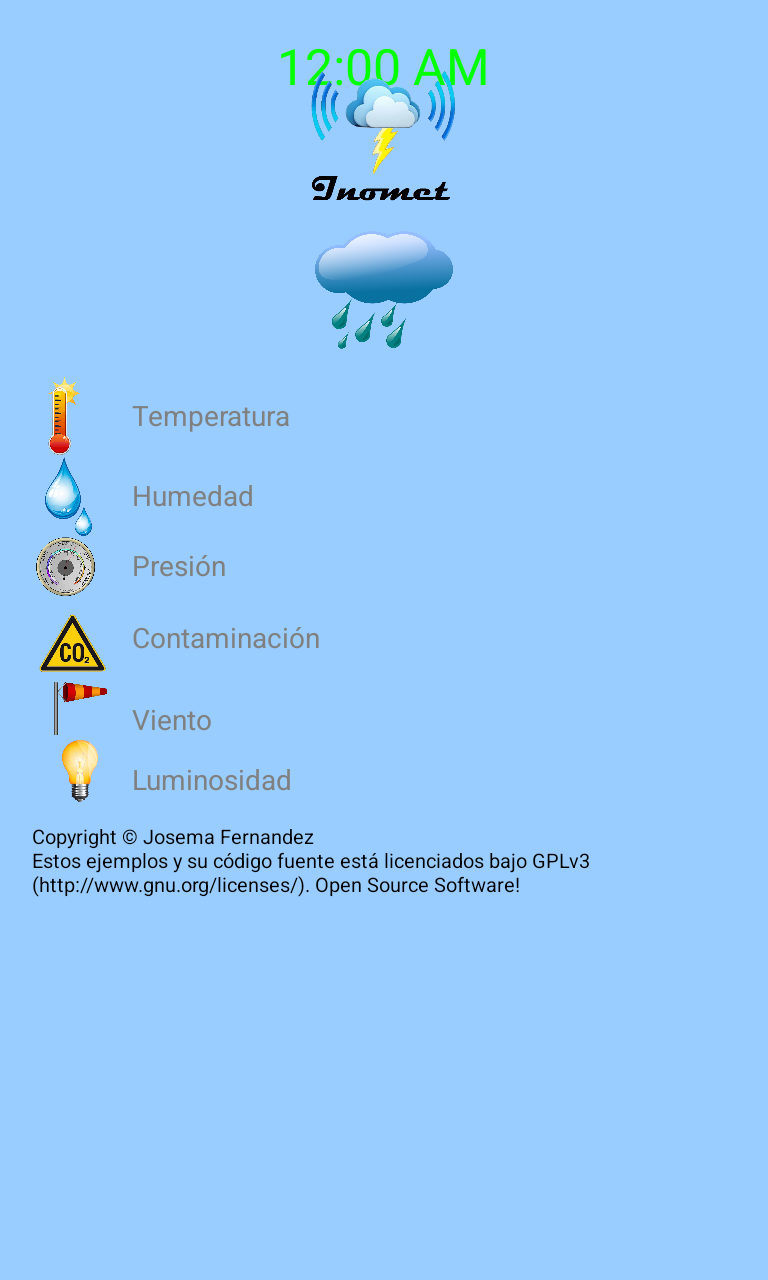
Repository: poxtius/android
Layout: Inomet/res/layout/activity_inomet.xml
An editor plug-in stored every save of this project. The layout is shown before and after the next save, followed by the edit.
It is drawn on a 768 x 1280 px phone screen (xhdpi) without system bars, with theme AppTheme; the app's code is not run.

Above is the layout before, as saved 2014-02-27 21:29:08.

### Inomet/res/layout/activity_inomet.xml
<ScrollView xmlns:android="http://schemas.android.com/apk/res/android"
  xmlns:tools="http://schemas.android.com/tools"
  android:orientation="vertical"
  android:background="#99CCFF"
  android:layout_width="wrap_content"
  android:layout_height="fill_parent">

<RelativeLayout
    android:layout_width="match_parent"
    android:layout_height="wrap_content"
    android:paddingBottom="@dimen/activity_vertical_margin"
    android:paddingLeft="@dimen/activity_horizontal_margin"
    android:paddingRight="@dimen/activity_horizontal_margin"
    android:paddingTop="@dimen/activity_vertical_margin"
    tools:context=".Inomet" >

    <DigitalClock
        android:id="@+id/relojDigital"
        android:layout_width="wrap_content"
        android:layout_height="wrap_content"
        android:layout_centerHorizontal="true"
        android:textSize="25sp"
        android:textColor="#ff00ff00"
        android:layout_alignParentTop="true"/>

    <LinearLayout
        android:layout_width="match_parent"
        android:layout_height="match_parent"
        android:layout_marginTop="30dp"
        android:layout_alignParentLeft="true"
        android:layout_centerVertical="true"
        android:orientation="vertical"
        tools:ignore="UselessParent" >

        <ImageView
            android:id="@+id/logoInomet"
            android:layout_width="104dp"
            android:layout_height="71dp"
            android:layout_gravity="center"
            android:layout_marginBottom="10dp"
            android:contentDescription="@string/logoInomet"
            android:src="@drawable/logo" />

        <ImageView
            android:id="@+id/lluviaInomet"
            android:layout_width="69dp"
            android:layout_height="66dp"
            android:layout_gravity="center"
            android:layout_marginBottom="10dp"
            android:contentDescription="@string/lluviaInomet"
            android:src="@drawable/lluvia" />

        <LinearLayout
            android:layout_width="match_parent"
            android:layout_height="wrap_content"
            android:orientation="horizontal"
            tools:ignore="UseCompoundDrawables" >

            <ImageView
                android:id="@+id/tempeInomet"
                android:layout_width="32dp"
                android:layout_height="40dp"
                android:layout_marginRight="18dp"
                android:contentDescription="@string/tempeInomet"
                android:src="@drawable/tempe" />

            <TextView
                android:id="@+id/tempeText"
                android:layout_width="match_parent"
                android:layout_height="wrap_content"
                android:paddingTop="10dp"
                android:hint="@string/tempeInomet" />

        </LinearLayout>

        <LinearLayout
            android:layout_width="match_parent"
            android:layout_height="wrap_content"
            tools:ignore="UseCompoundDrawables" >

            <ImageView
                android:id="@+id/humedadInomet"
                android:layout_width="36dp"
                android:layout_height="40dp"
                android:layout_marginRight="14dp"
                android:contentDescription="@string/humedadInomet"
                android:src="@drawable/humedad" />

            <TextView
                android:id="@+id/humedadText"
                android:layout_width="match_parent"
                android:layout_height="wrap_content"
                android:layout_weight="1"
                android:hint="@string/humedadInomet"
                android:paddingTop="10dp"
                tools:ignore="InefficientWeight" />

        </LinearLayout>

        <LinearLayout
            android:layout_width="match_parent"
            android:layout_height="wrap_content"
            tools:ignore="UseCompoundDrawables" >

            <ImageView
                android:id="@+id/presionInomet"
                android:layout_width="34dp"
                android:layout_height="31dp"
                android:layout_marginRight="16dp"
                android:contentDescription="@string/presionInomet"
                android:src="@drawable/presion" />

            <TextView
                android:id="@+id/presionText"
                android:layout_width="match_parent"
                android:layout_height="wrap_content"
                android:layout_weight="0.75"
                android:ems="10"
                android:hint="@string/presionInomet"
                android:paddingTop="5dp"
                tools:ignore="InefficientWeight" >

            </TextView>

        </LinearLayout>

        <LinearLayout
            android:layout_width="match_parent"
            android:layout_height="wrap_content"
            tools:ignore="UseCompoundDrawables" >

            <ImageView
                android:id="@+id/contaInomet"
                android:layout_width="41dp"
                android:layout_height="41dp"
                android:layout_marginRight="9dp"
                android:paddingTop="5dp"
                android:contentDescription="@string/contaInomet"
                android:src="@drawable/contaminacion" />

            <TextView
                android:id="@+id/contaminacionText"
                android:layout_width="fill_parent"
                android:layout_height="wrap_content"
                android:paddingTop="10dp"
                android:hint="@string/contaInomet" />
        </LinearLayout>

        <LinearLayout
            android:layout_width="match_parent"
            android:layout_height="wrap_content"
            tools:ignore="UseCompoundDrawables" >

            <ImageView
                android:id="@+id/vientoInomet"
                android:layout_width="48dp"
                android:layout_height="30dp"
                android:layout_marginRight="2dp"
                android:contentDescription="@string/vientoInomet"
                android:src="@drawable/viento" />

            <TextView
                android:id="@+id/vientoText"
                android:layout_width="fill_parent"
                android:layout_height="wrap_content"
                android:paddingTop="10dp"
                android:hint="@string/vientoInomet" />

        </LinearLayout>

         <LinearLayout
             android:layout_width="match_parent"
             android:layout_height="wrap_content"
             tools:ignore="UseCompoundDrawables" >

            <ImageView
                android:id="@+id/luminosidadInomet"
                android:layout_width="48dp"
                android:layout_height="31dp"
                android:layout_marginRight="2dp"
                android:contentDescription="@string/luminosidadInomet"
                android:src="@drawable/luminosidad" />

            <TextView
                android:id="@+id/luminosidadText"
                android:layout_width="fill_parent"
                android:layout_height="wrap_content"
                android:paddingTop="10dp"
                android:hint="@string/luminosidadInomet" />

        </LinearLayout>

    <TextView
        android:layout_width="wrap_content"
        android:layout_height="wrap_content"
        android:layout_alignParentBottom="true"
        android:layout_marginTop="10dp"
        android:text="@string/license"
        android:textColor="#000000"
        android:textSize="10dip"
        tools:ignore="ObsoleteLayoutParam,SpUsage" />

    </LinearLayout>


</RelativeLayout>



</ScrollView>

### Inomet/res/values/strings.xml
<?xml version="1.0" encoding="utf-8"?>
<resources>

    <string name="app_name">Inomet</string>
    <string name="action_settings">Settings</string>
    <string name="logoInomet">Inomet</string>
    <string name="lluviaInomet">Llueve?</string>
    <string name="tempeInomet">Temperatura</string>
    <string name="humedadInomet">Humedad</string>
    <string name="presionInomet">Presión</string>
    <string name="contaInomet">Contaminación</string>
	<string name="vientoInomet">Viento</string>
	<string name="luminosidadInomet">Luminosidad</string>
	<string name="direccionEstacion">Dirección de la Estación Metereologica</string>
	<string name="direccionWeb">10.123.5.43</string>
	<string name="dirOKestacion">OK</string>

	<string name="license">Copyright &#169; Josema Fernandez\nEstos ejemplos y su código fuente está licenciados bajo GPLv3 (http://www.gnu.org/licenses/). Open Source Software!</string>

</resources>

Loaded but not shown: Inomet/res/values/styles.xml (common file); Inomet/res/values-v11/styles.xml (common file); Inomet/res/values-v14/styles.xml (common file); Inomet/res/values/dimens.xml (common file)

After the next save:
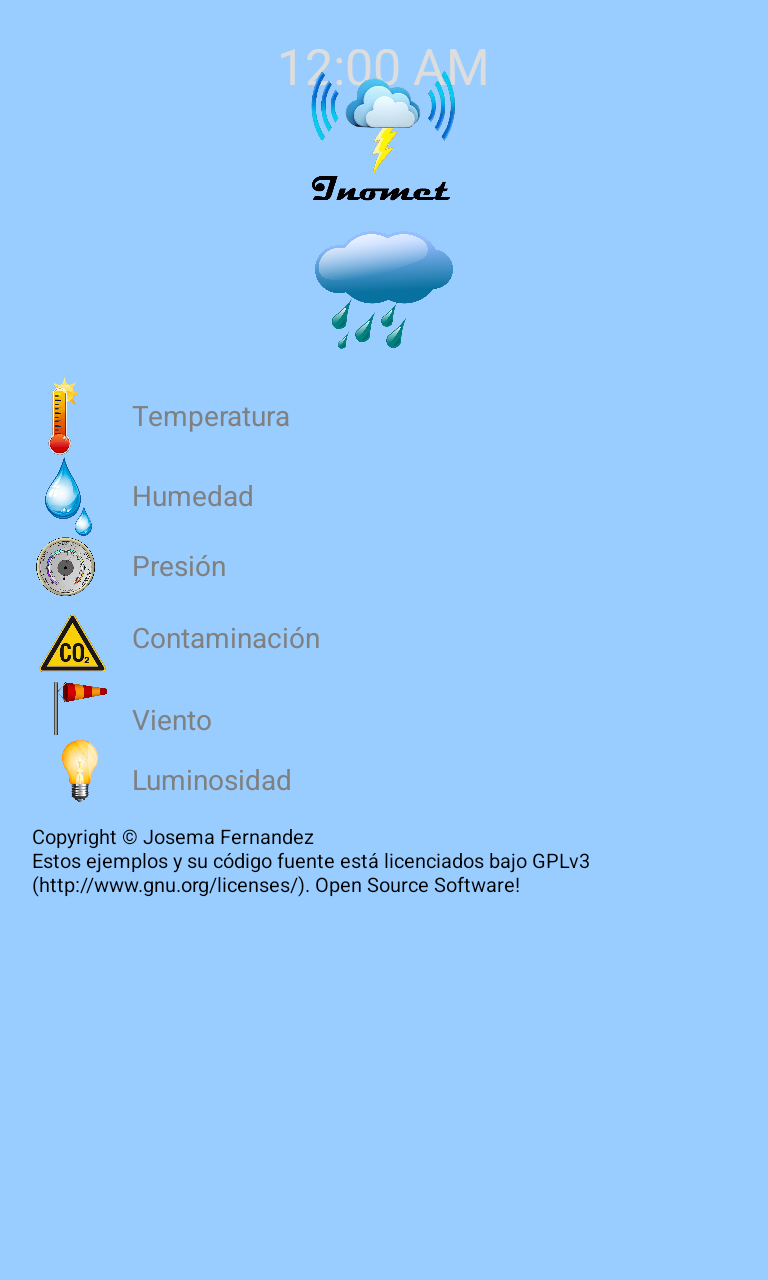
Saved 36 s later.
--- a/Inomet/res/layout/activity_inomet.xml
+++ b/Inomet/res/layout/activity_inomet.xml
@@ -20,7 +20,7 @@
         android:layout_height="wrap_content"
         android:layout_centerHorizontal="true"
         android:textSize="25sp"
-        android:textColor="#ff00ff00"
+        android:textColor="#ffdddddd"
         android:layout_alignParentTop="true"/>
 
     <LinearLayout
